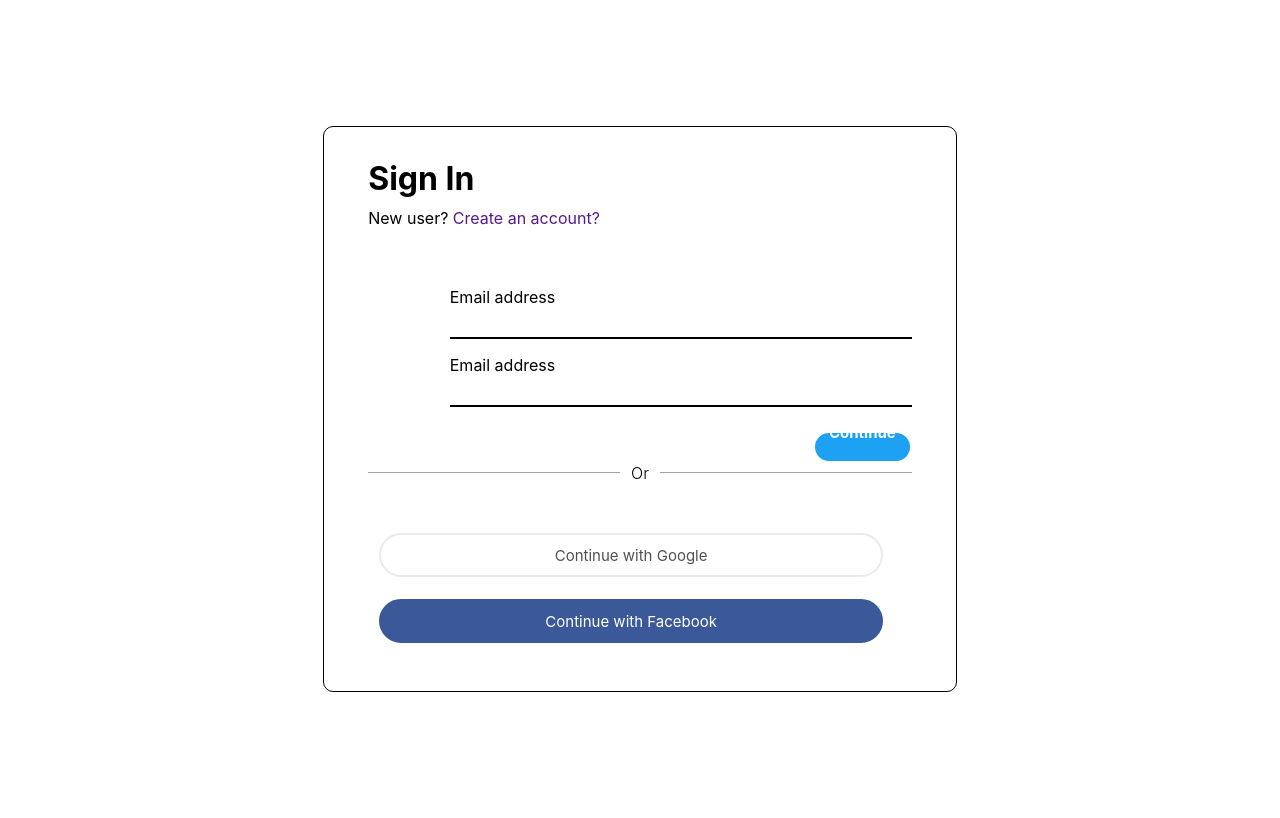
Repository: thangluu93/WereWolf
Page: Template/signIn.html
The author's editor kept a copy of each file at every save. The page is drawn from the files as they stood at one save, then again after the next save.
The browser window is 1280 px wide. The pictures show the whole page.

Above is the page before, as saved 2020-01-13 14:30:34.

After the next save:
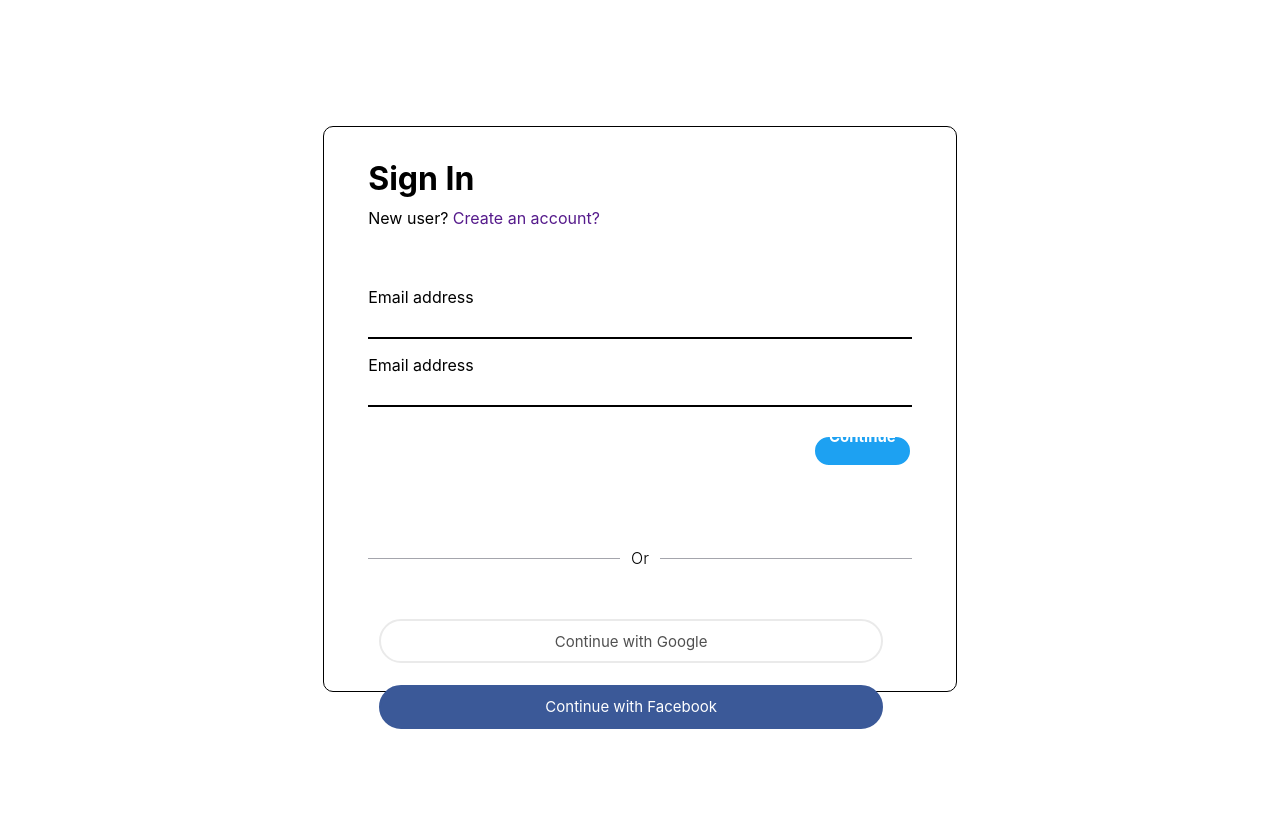
Saved 25 s later.
--- a/Stylesheet/signInStyle.css
+++ b/Stylesheet/signInStyle.css
@@ -184,5 +184,5 @@ a{
 }
 
 .fieldLayout{
-    margin: 8% 0 0 15%;
+    margin: 8% 0 15% 0 ;
 }
